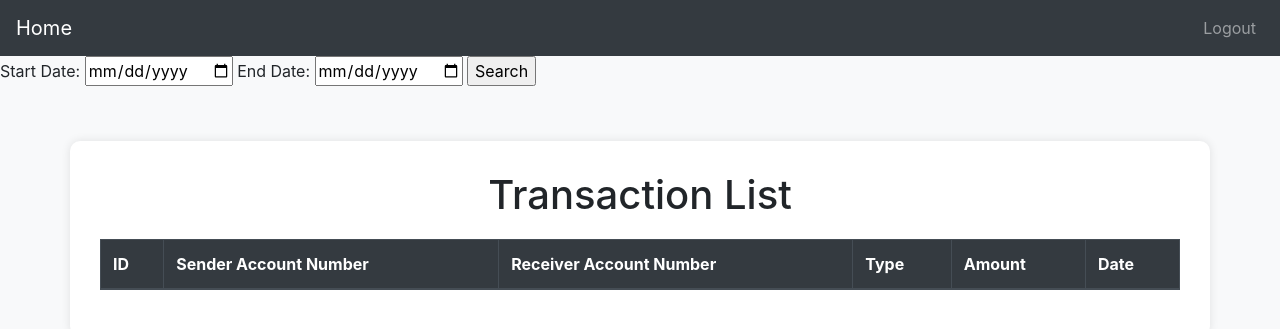
Repository: bhatideepak599/JspServlets
Page: http://localhost/11-bank-application/transactionFile.jsp
The author's editor kept a copy of each file at every save. The page is drawn from the files as they stood at one save, then again after the next save.
The browser window is 1280 px wide. The pictures show the whole page.
The page is served by Tomcat 9. Other server files are loaded and not shown. The template is opened directly, without the code that normally fills it, so the values that code supplies are empty.

Above is the page before, as saved 2024-07-22 12:03:13.

### 11-bank-application/WebContent/transactionFile.jsp
<%@ page language="java" contentType="text/html; charset=ISO-8859-1"
	pageEncoding="ISO-8859-1"%>
<%@ taglib uri="http://java.sun.com/jsp/jstl/core" prefix="c"%>
<%@ taglib uri="http://java.sun.com/jsp/jstl/functions" prefix="fn"%>
<!DOCTYPE html>
<html>
<head>
<meta charset="ISO-8859-1">
<title>Transaction List</title>
<!-- Bootstrap CSS -->
<link
	href="https://maxcdn.bootstrapcdn.com/bootstrap/4.5.2/css/bootstrap.min.css"
	rel="stylesheet">
<style>
body {
	background-color: #f8f9fa;
}

.container {
	background-color: white;
	padding: 30px;
	border-radius: 10px;
	box-shadow: 0 0 10px rgba(0, 0, 0, 0.1);
	margin-top: 50px;
}

.table th, .table td {
	vertical-align: middle;
}

h1 {
	text-align: center;
	margin-bottom: 20px;
}
</style>
</head>
<body>
	<nav class="navbar navbar-expand-lg navbar-dark bg-dark">
		<a class="navbar-brand" href="AdminController">Home</a>

		<div class="collapse navbar-collapse">
			<ul class="navbar-nav ml-auto">
				<li class="nav-item"><a class="nav-link" href="LogoutServlet">Logout</a></li>
			</ul>
		</div>

	</nav>
	<form action="searchTransactions" method="post">
		<label for="startDate">Start Date:</label> <input type="date"
			id="startDate" name="startDate" required> <label
			for="endDate">End Date:</label> <input type="date" id="endDate"
			name="endDate" required> <input type="submit" value="Search">
	</form>
	<div class="container">
		<h1>Transaction List</h1>
		<table class="table table-striped table-bordered">
			<thead class="thead-dark">
				<tr>
					<th>ID</th>
					<th>Sender Account Number</th>
					<th>Receiver Account Number</th>
					<th>Type</th>
					<th>Amount</th>
					<th>Date</th>
				</tr>
			</thead>

			<tbody>
				<c:forEach var="transaction" items="${theTransactionList}">

					<tr>

						<td>${transaction.getId()}</td>
						<td>${transaction.getSenderAccNo() }</td>

						<td>${transaction.getReceiverAccNo()}</td>
						<td>${transaction.getType()}</td>
						<td>${transaction.getAmount()}</td>
						<td>${transaction.getDate()}</td>




					</tr>

				</c:forEach>

			</tbody>

		</table>
	</div>

	<!-- Bootstrap JS, Popper.js, and jQuery -->
	<script src="https://code.jquery.com/jquery-3.5.1.slim.min.js"></script>
	<script
		src="https://cdn.jsdelivr.net/npm/@popperjs/core@2.9.3/dist/umd/popper.min.js"></script>
	<script
		src="https://maxcdn.bootstrapcdn.com/bootstrap/4.5.2/js/bootstrap.min.js"></script>
</body>
</html>

After the next save:
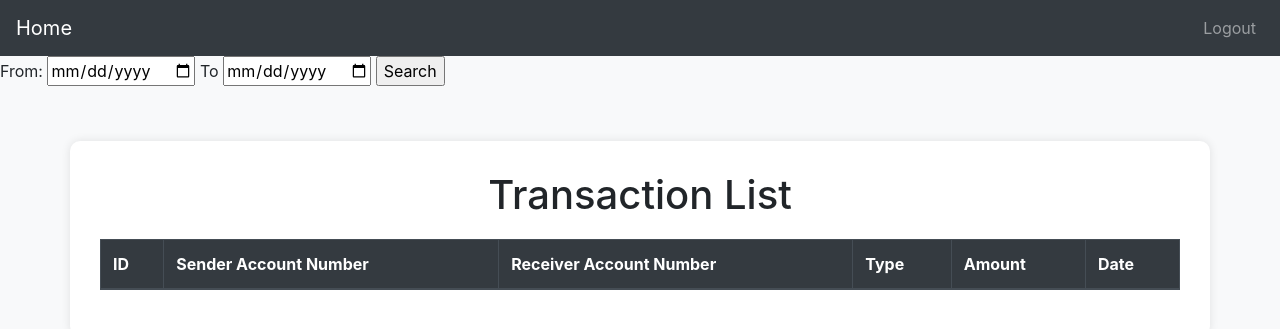
Saved 91 s later.
--- a/11-bank-application/WebContent/transactionFile.jsp
+++ b/11-bank-application/WebContent/transactionFile.jsp
@@ -46,9 +46,9 @@ h1 {
 
 	</nav>
 	<form action="searchTransactions" method="post">
-		<label for="startDate">Start Date:</label> <input type="date"
+		<label for="startDate">From:</label> <input type="date"
 			id="startDate" name="startDate" required> <label
-			for="endDate">End Date:</label> <input type="date" id="endDate"
+			for="endDate">To</label> <input type="date" id="endDate"
 			name="endDate" required> <input type="submit" value="Search">
 	</form>
 	<div class="container">
